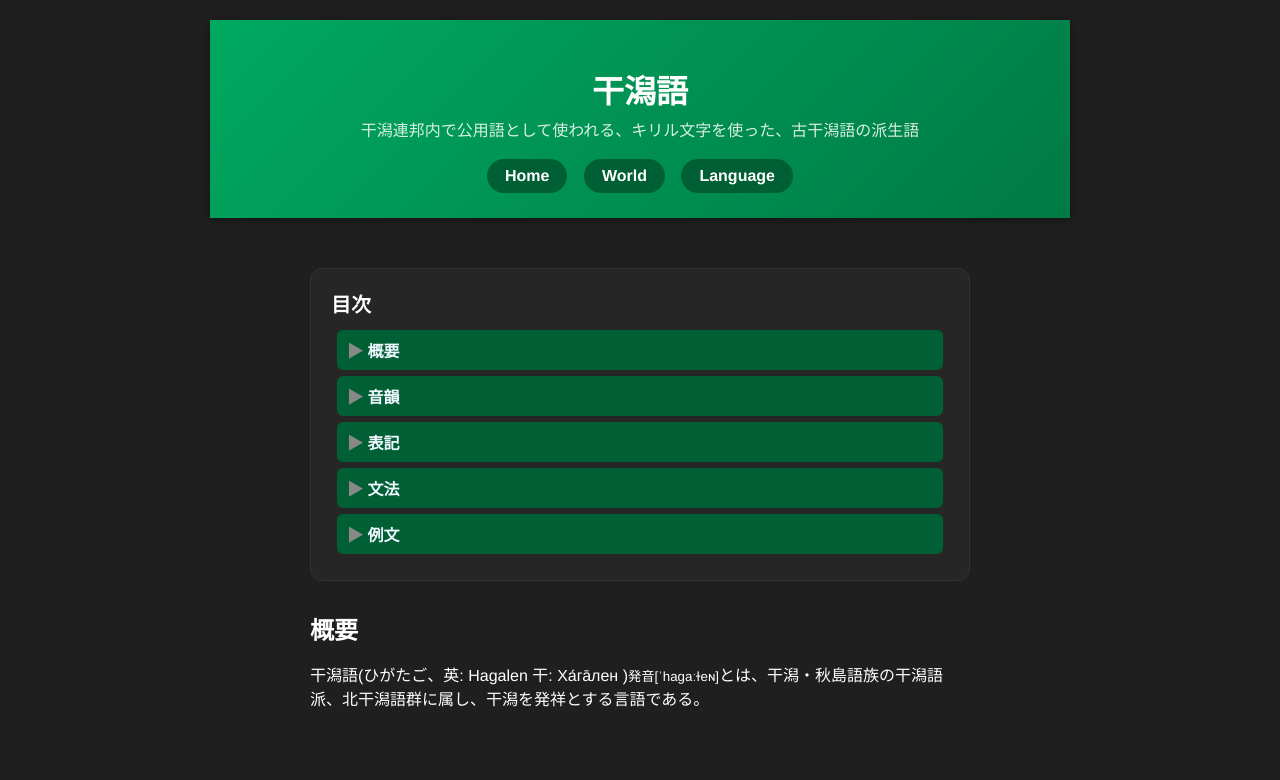
Repository: Player5270-antake/Player5270-antake.github.io
Page: language/hagalen/index.html
These files come from the project's save history. The page is drawn as it stood at one moment and after the next save; the edit follows.
The browser window is 1280 px wide. The pictures show the whole page.

Above is the page before, as saved 2026-03-08 13:13:10.

After the next save:
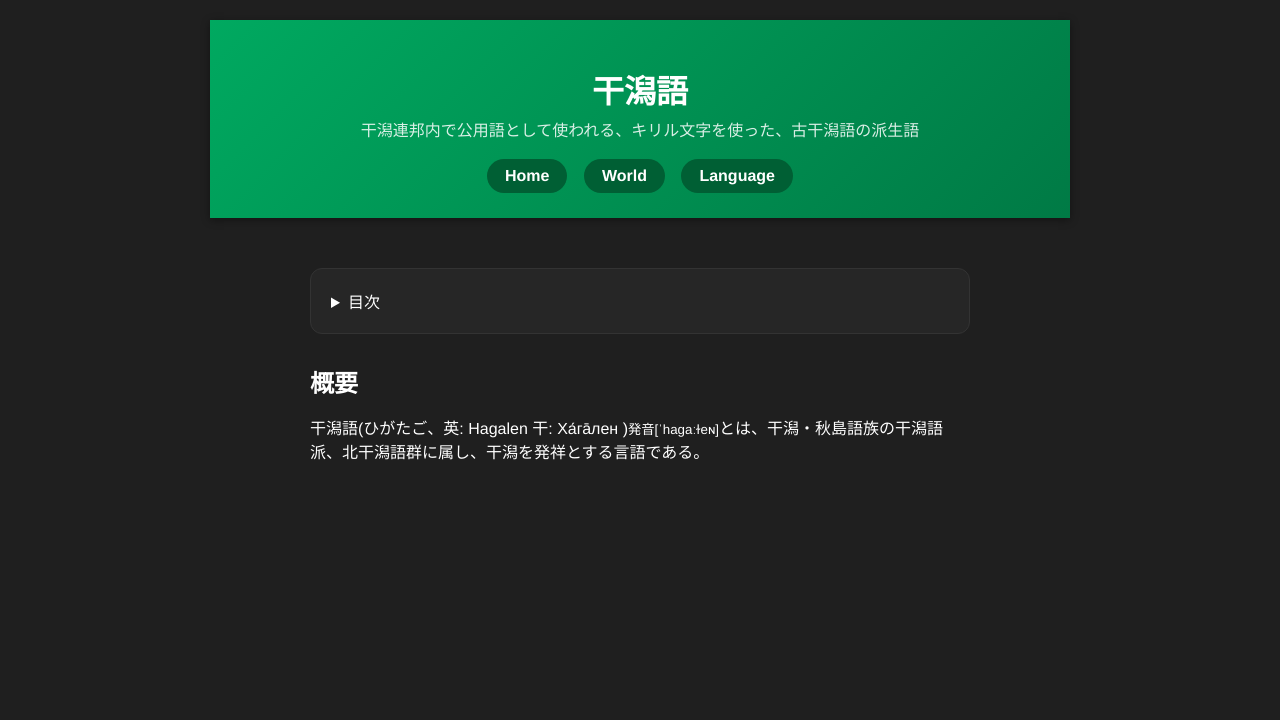
Saved 64 min 34 s later.
--- a/language/hagalen/index.html
+++ b/language/hagalen/index.html
@@ -18,16 +18,18 @@
             </nav>
         </header>
         <main>
-            <nav class="toc">
-                <h2>目次</h2>
+            <details class="toc">
+                <summary>目次</summary>
+
                 <ul>
-                    <li><a href="#overview">概要</a></li>
-                    <li><a href="#phonology">音韻</a></li>
-                    <li><a href="#writing">表記</a></li>
-                    <li><a href="#grammar">文法</a></li>
-                    <li><a href="#examples">例文</a></li>
+                <li><a href="#overview">概要</a></li>
+                <li><a href="#phonology">音韻</a></li>
+                <li><a href="#writing">表記</a></li>
+                <li><a href="#grammar">文法</a></li>
+                <li><a href="#examples">例文</a></li>
                 </ul>
-            </nav>
+
+                </details>
             <section class="overview">
                 <h2>概要</h2>
                 <p>干潟語(ひがたご、英: Hagalen 干: Ха́га̄лен )<small>発音[ˈhaɡaːɫeɴ]</small>とは、干潟・秋島語族の干潟語派、北干潟語群に属し、干潟を発祥とする言語である。</p>
